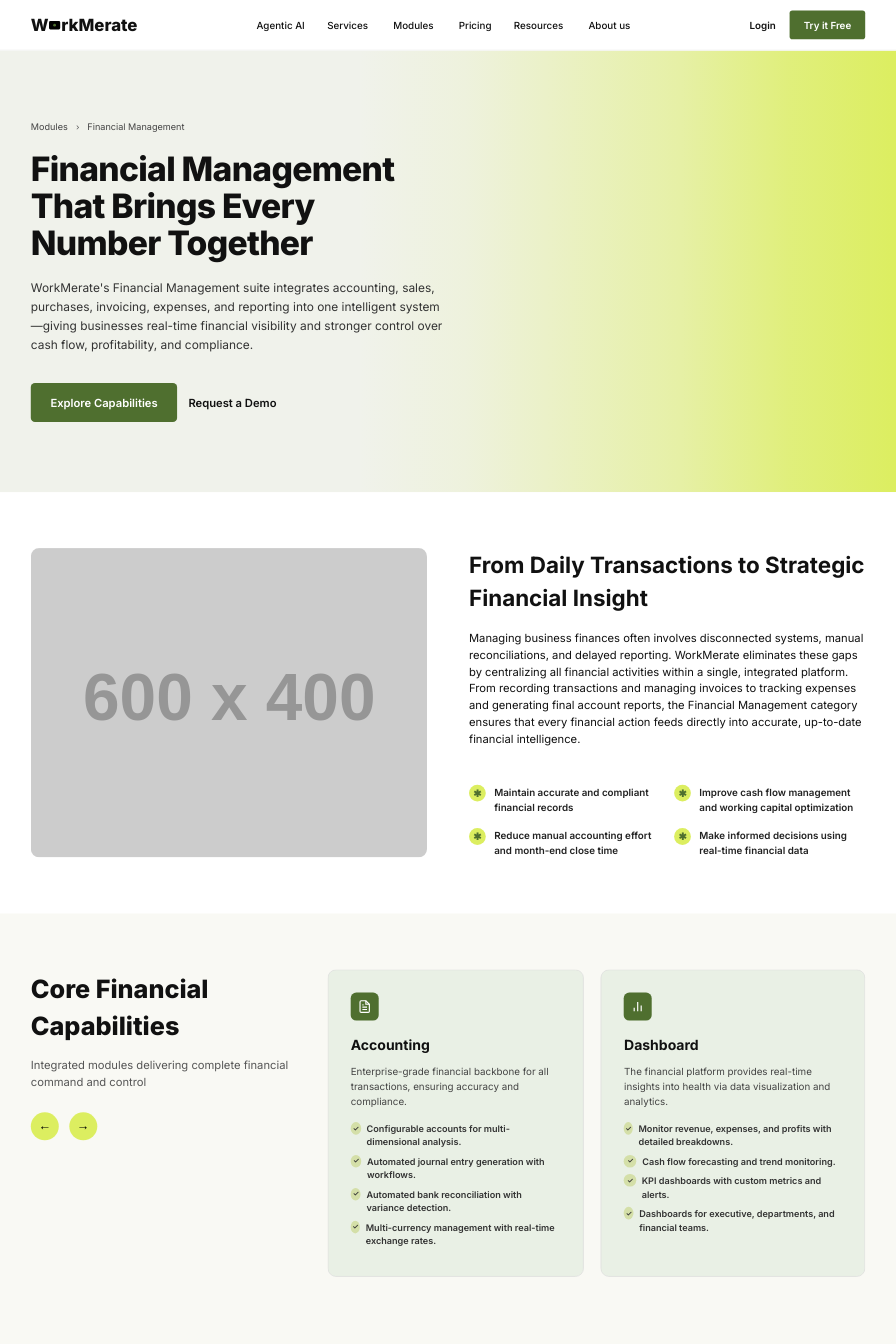
Repository: Opawumi/work_merate
Page: financial-management.html
An editor plug-in stored every save of this project. The page is shown before and after a run of saves, followed by the edit.
The browser window is 1280 px wide. The pictures show the part of the page from y = 0 to 1920 px (the page is 4183 px tall), at 70% of full size.

Above is the page before, as saved 2026-02-02 21:39:04.

After the next 7 saves:
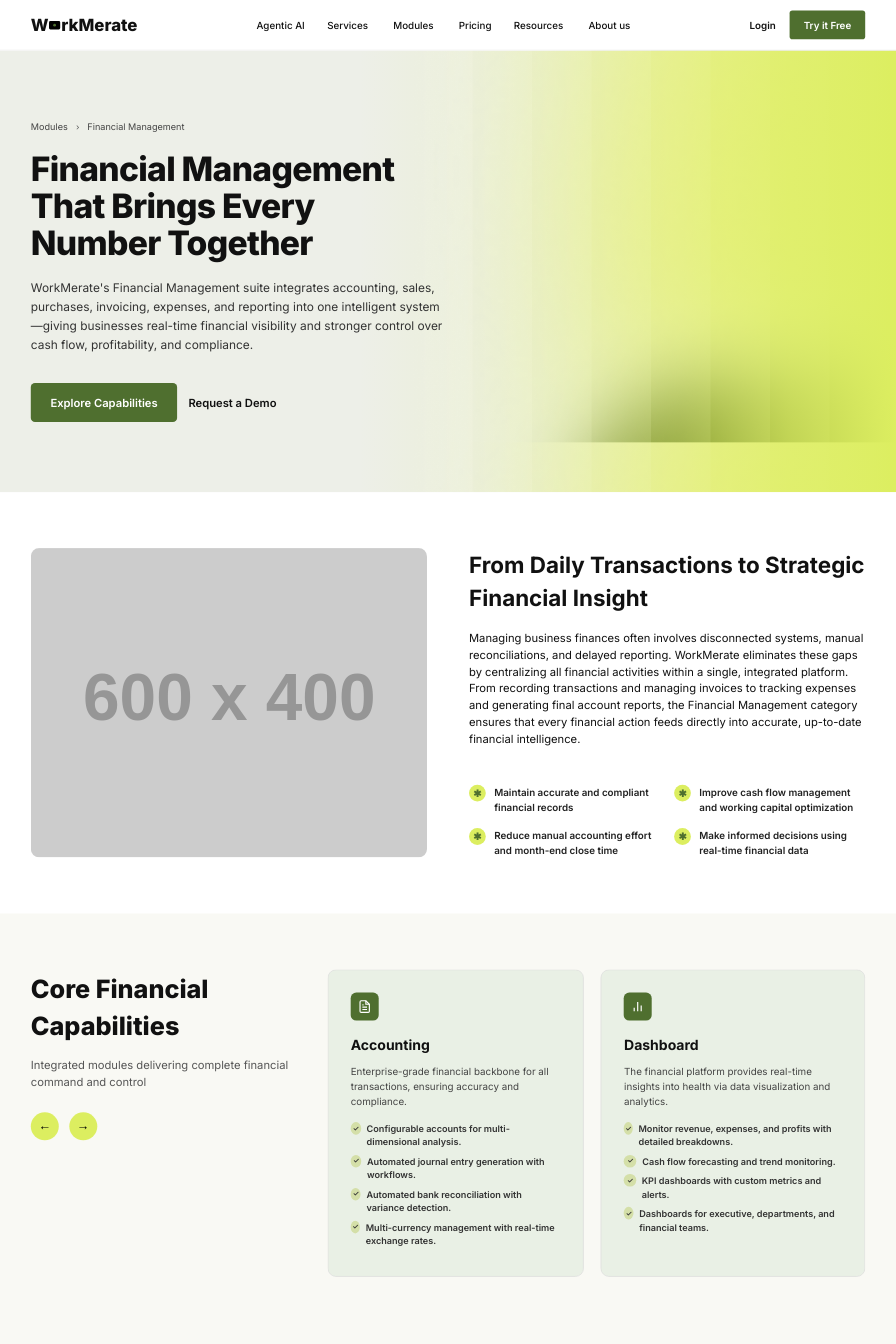
The 7 saves are shown as one change because they came seconds apart.
The last was saved 12 s later.
--- a/financial-management.css
+++ b/financial-management.css
@@ -151,7 +151,7 @@
 
 /* --- 1. Hero Section --- */
 .hero-finance {
-  background: #f0f2eb;
+  background: url("./assets/green-lime-full-bg.png");
   position: relative;
   padding: 100px 0;
   overflow: hidden;
